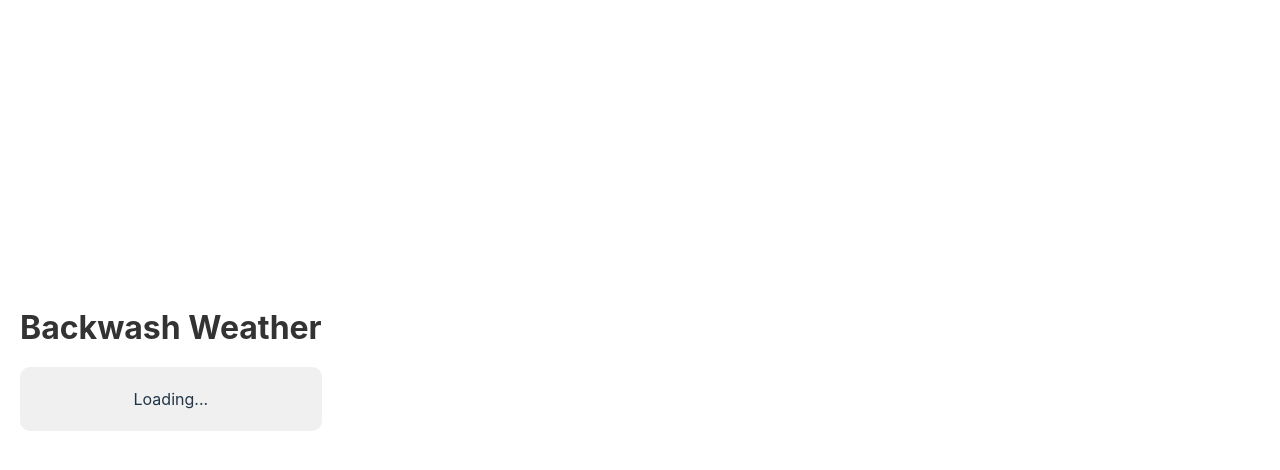
Repository: lukebelliveau/backwash
Page: /
The author's editor kept a copy of each file at every save. The page is drawn from the files as they stood at one save, then again after the next save.
The browser window is 1280 px wide. The pictures show the whole page.
The page's requests for data from a server got no answer. The project was rebuilt for these pictures with package versions that can differ from the ones it lists, and the page was loaded fresh each time. No one was signed in, and anything a server would have sent is missing. Also part of the build but not shown: vite.config.ts. Imported but missing from the stored project, and not drawn on this page: src/components/ui/card.

Above is the page before, as saved 2024-07-27 16:36:43.

### index.html
<!DOCTYPE html>
<html lang="en">
  <head>
    <meta charset="UTF-8" />
    <link rel="icon" type="image/svg+xml" href="/vite.svg" />
    <meta name="viewport" content="width=device-width, initial-scale=1.0" />
    <title>Backwash</title>
  </head>
  <body>
    <div id="root"></div>
    <script type="module" src="/src/main.tsx"></script>
  </body>
</html>

### src/main.tsx
import React from "react";
import ReactDOM from "react-dom/client";
import { QueryClient, QueryClientProvider } from "@tanstack/react-query";
import App from "./App";
import "./index.css";

const queryClient = new QueryClient();

ReactDOM.createRoot(document.getElementById("root") as HTMLElement).render(
  <React.StrictMode>
    <QueryClientProvider client={queryClient}>
      <App />
    </QueryClientProvider>
  </React.StrictMode>
);

### src/App.tsx
import styled from "styled-components";
import WeatherWidget from "./components/WeatherWidget";

const AppContainer = styled.div`
  text-align: center;
  padding: 20px;
`;

const Title = styled.h1`
  color: #333;
  font-size: 2em;
`;

function App() {
  return (
    <AppContainer>
      <Title>Backwash Weather</Title>
      <WeatherWidget />
    </AppContainer>
  );
}

export default App;

### src/components/WeatherWidget.tsx
import React from "react";
import styled from "styled-components";
import { useQuery } from "@tanstack/react-query";

const WidgetContainer = styled.div`
  background-color: #f0f0f0;
  border-radius: 10px;
  padding: 20px;
  max-width: 400px;
  margin: 0 auto;
`;

const WeatherInfo = styled.div`
  margin-top: 20px;
`;

const DayForecast = styled.div`
  border-top: 1px solid #ccc;
  padding: 10px 0;
`;

const CITY = "Budapest";
const API_KEY = "fe834ece9c3da2d7f6ff7c59b4f47d10";
const LAT = 47.4979;
const LON = 19.0402;

interface WeatherData {
  list: Array<{
    dt: number;
    main: { temp: number; humidity: number };
    weather: Array<{ description: string }>;
  }>;
}

const fetchWeatherData = async (): Promise<WeatherData> => {
  const response = await fetch(
    `https://api.openweathermap.org/data/2.5/forecast?lat=${LAT}&lon=${LON}&appid=${API_KEY}&units=metric`
  );
  if (!response.ok) {
    throw new Error("Network response was not ok");
  }
  return response.json();
};

const WeatherWidget: React.FC = () => {
  const {
    data: weatherData,
    isLoading,
    error,
  } = useQuery<WeatherData, Error>({
    queryKey: ["weatherData"],
    queryFn: fetchWeatherData,
  });

  if (isLoading) {
    return <WidgetContainer>Loading...</WidgetContainer>;
  }

  if (error) {
    return <WidgetContainer>{error.message}</WidgetContainer>;
  }

  // Group forecast data by day
  const dailyForecasts = weatherData?.list.reduce((acc, forecast) => {
    const date = new Date(forecast.dt * 1000).toDateString();
    if (!acc[date]) {
      acc[date] = forecast;
    }
    return acc;
  }, {} as Record<string, WeatherData["list"][0]>);

  return (
    <WidgetContainer>
      <h2>5-Day Forecast for {CITY}</h2>
      <WeatherInfo>
        {dailyForecasts &&
          Object.entries(dailyForecasts).map(([date, forecast]) => (
            <DayForecast key={date}>
              <h3>{date}</h3>
              <p>Temperature: {forecast.main.temp.toFixed(1)}°C</p>
              <p>Humidity: {forecast.main.humidity}%</p>
              <p>Conditions: {forecast.weather[0].description}</p>
            </DayForecast>
          ))}
      </WeatherInfo>
    </WidgetContainer>
  );
};

export default WeatherWidget;

Loaded but not shown: src/index.css (common file)

After the next save:
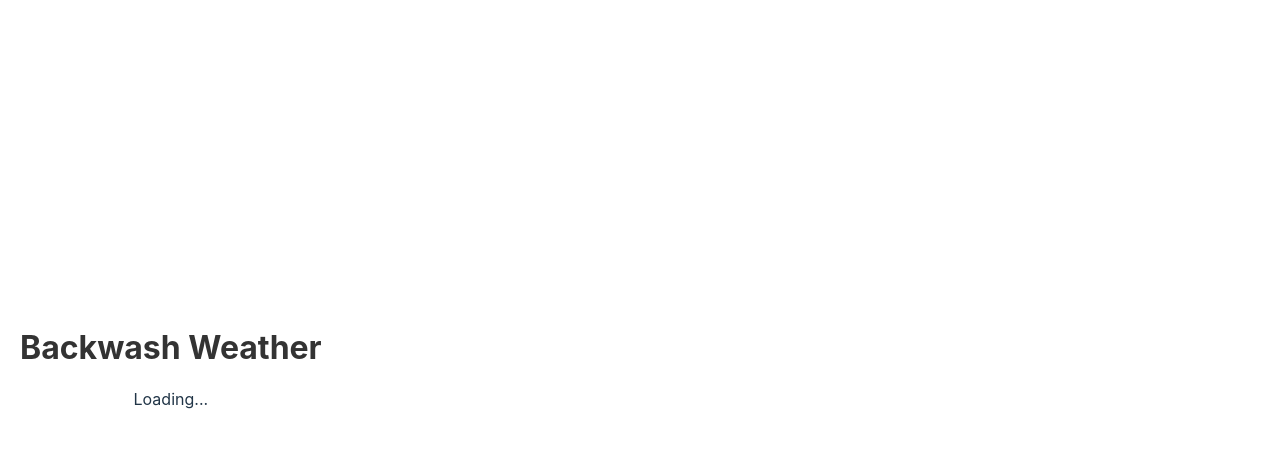
Saved 2 min 8 s later.
--- a/src/components/WeatherWidget.tsx
+++ b/src/components/WeatherWidget.tsx
@@ -1,90 +1,94 @@
 import React from "react";
-import styled from "styled-components";
-import { useQuery } from "@tanstack/react-query";
-
-const WidgetContainer = styled.div`
-  background-color: #f0f0f0;
-  border-radius: 10px;
-  padding: 20px;
-  max-width: 400px;
-  margin: 0 auto;
-`;
-
-const WeatherInfo = styled.div`
-  margin-top: 20px;
-`;
-
-const DayForecast = styled.div`
-  border-top: 1px solid #ccc;
-  padding: 10px 0;
-`;
+import {
+  LineChart,
+  Line,
+  XAxis,
+  YAxis,
+  Tooltip,
+  ResponsiveContainer,
+} from "recharts";
+import { Card, CardContent, CardHeader } from "@/components/ui/card";
+import { Sun, Cloud, CloudRain } from "lucide-react";
 
 const CITY = "Budapest";
-const API_KEY = "fe834ece9c3da2d7f6ff7c59b4f47d10";
+const API_KEY = "YOUR_API_KEY_HERE";
 const LAT = 47.4979;
 const LON = 19.0402;
 
-interface WeatherData {
-  list: Array<{
-    dt: number;
-    main: { temp: number; humidity: number };
-    weather: Array<{ description: string }>;
-  }>;
-}
-
-const fetchWeatherData = async (): Promise<WeatherData> => {
-  const response = await fetch(
-    `https://api.openweathermap.org/data/2.5/forecast?lat=${LAT}&lon=${LON}&appid=${API_KEY}&units=metric`
-  );
-  if (!response.ok) {
-    throw new Error("Network response was not ok");
+const WeatherIcon = ({ condition }) => {
+  switch (condition) {
+    case "Clear":
+      return <Sun />;
+    case "Clouds":
+      return <Cloud />;
+    case "Rain":
+      return <CloudRain />;
+    default:
+      return <Cloud />;
   }
-  return response.json();
 };
 
-const WeatherWidget: React.FC = () => {
-  const {
-    data: weatherData,
-    isLoading,
-    error,
-  } = useQuery<WeatherData, Error>({
-    queryKey: ["weatherData"],
-    queryFn: fetchWeatherData,
-  });
+const HourlyWeatherWidget = () => {
+  const [weatherData, setWeatherData] = React.useState(null);
 
-  if (isLoading) {
-    return <WidgetContainer>Loading...</WidgetContainer>;
+  React.useEffect(() => {
+    const fetchWeatherData = async () => {
+      try {
+        const response = await fetch(
+          `https://api.openweathermap.org/data/2.5/forecast?lat=${LAT}&lon=${LON}&appid=${API_KEY}&units=metric`
+        );
+        if (!response.ok) {
+          throw new Error("Failed to fetch weather data");
+        }
+        const data = await response.json();
+        setWeatherData(data);
+      } catch (error) {
+        console.error("Error fetching weather data:", error);
+      }
+    };
+
+    fetchWeatherData();
+  }, []);
+
+  if (!weatherData) {
+    return <div>Loading...</div>;
   }
 
-  if (error) {
-    return <WidgetContainer>{error.message}</WidgetContainer>;
-  }
-
-  // Group forecast data by day
-  const dailyForecasts = weatherData?.list.reduce((acc, forecast) => {
-    const date = new Date(forecast.dt * 1000).toDateString();
-    if (!acc[date]) {
-      acc[date] = forecast;
-    }
-    return acc;
-  }, {} as Record<string, WeatherData["list"][0]>);
+  const hourlyData = weatherData.list.slice(0, 24).map((item) => ({
+    time: new Date(item.dt * 1000).toLocaleTimeString([], {
+      hour: "2-digit",
+      hour12: false,
+    }),
+    temp: Math.round(item.main.temp),
+    condition: item.weather[0].main,
+  }));
 
   return (
-    <WidgetContainer>
-      <h2>5-Day Forecast for {CITY}</h2>
-      <WeatherInfo>
-        {dailyForecasts &&
-          Object.entries(dailyForecasts).map(([date, forecast]) => (
-            <DayForecast key={date}>
-              <h3>{date}</h3>
-              <p>Temperature: {forecast.main.temp.toFixed(1)}°C</p>
-              <p>Humidity: {forecast.main.humidity}%</p>
-              <p>Conditions: {forecast.weather[0].description}</p>
-            </DayForecast>
+    <Card className="w-full max-w-3xl mx-auto">
+      <CardHeader>
+        <h2 className="text-2xl font-bold">{CITY} - Hourly Forecast</h2>
+      </CardHeader>
+      <CardContent>
+        <ResponsiveContainer width="100%" height={300}>
+          <LineChart data={hourlyData}>
+            <XAxis dataKey="time" />
+            <YAxis />
+            <Tooltip />
+            <Line type="monotone" dataKey="temp" stroke="#8884d8" />
+          </LineChart>
+        </ResponsiveContainer>
+        <div className="mt-4 grid grid-cols-8 gap-2">
+          {hourlyData.map((hour, index) => (
+            <div key={index} className="text-center">
+              <div>{hour.time}</div>
+              <WeatherIcon condition={hour.condition} />
+              <div>{hour.temp}°C</div>
+            </div>
           ))}
-      </WeatherInfo>
-    </WidgetContainer>
+        </div>
+      </CardContent>
+    </Card>
   );
 };
 
-export default WeatherWidget;
+export default HourlyWeatherWidget;
